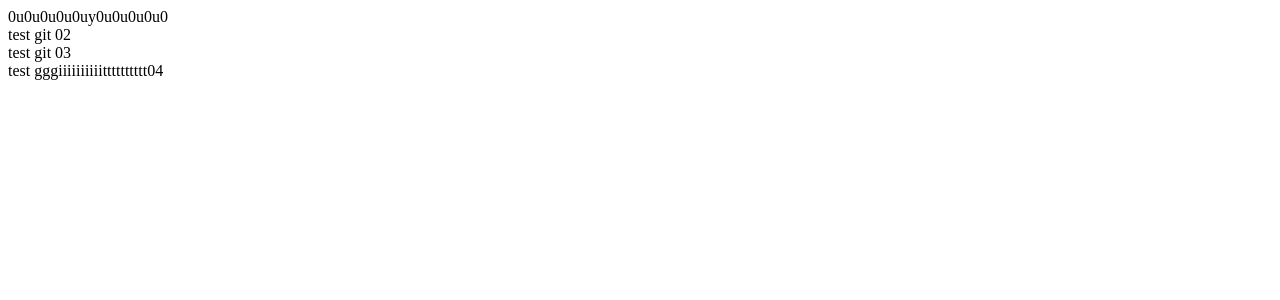
Repository: zang99/testgit
Page: gittest/WebContent/NewgitFile.html
The author's editor kept a copy of each file at every save. The page is drawn from the files as they stood at one save, then again after the next save.
The browser window is 1280 px wide. The pictures show the whole page.

Above is the page before, as saved 2016-02-01 03:39:40.

### gittest/WebContent/NewgitFile.html
<!DOCTYPE html>
<html>
<head>
<meta charset="EUC-KR">
<title>Insert title here</title>
</head>
<body>
0u0u0u0u0uy0u0u0u0u0<br>
test git 02 <br>
test git 03 <br>
test gggiiiiiiiiiitttttttttt04

</body>
</html>

After the next save:
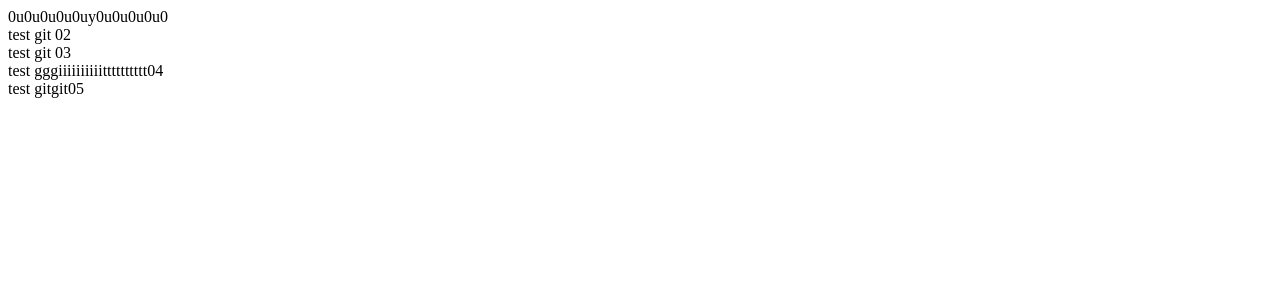
Saved 8 min 46 s later.
--- a/gittest/WebContent/NewgitFile.html
+++ b/gittest/WebContent/NewgitFile.html
@@ -8,7 +8,8 @@
 0u0u0u0u0uy0u0u0u0u0<br>
 test git 02 <br>
 test git 03 <br>
-test gggiiiiiiiiiitttttttttt04
+test gggiiiiiiiiiitttttttttt04 <br>
+test gitgit05
 
 </body>
 </html>
